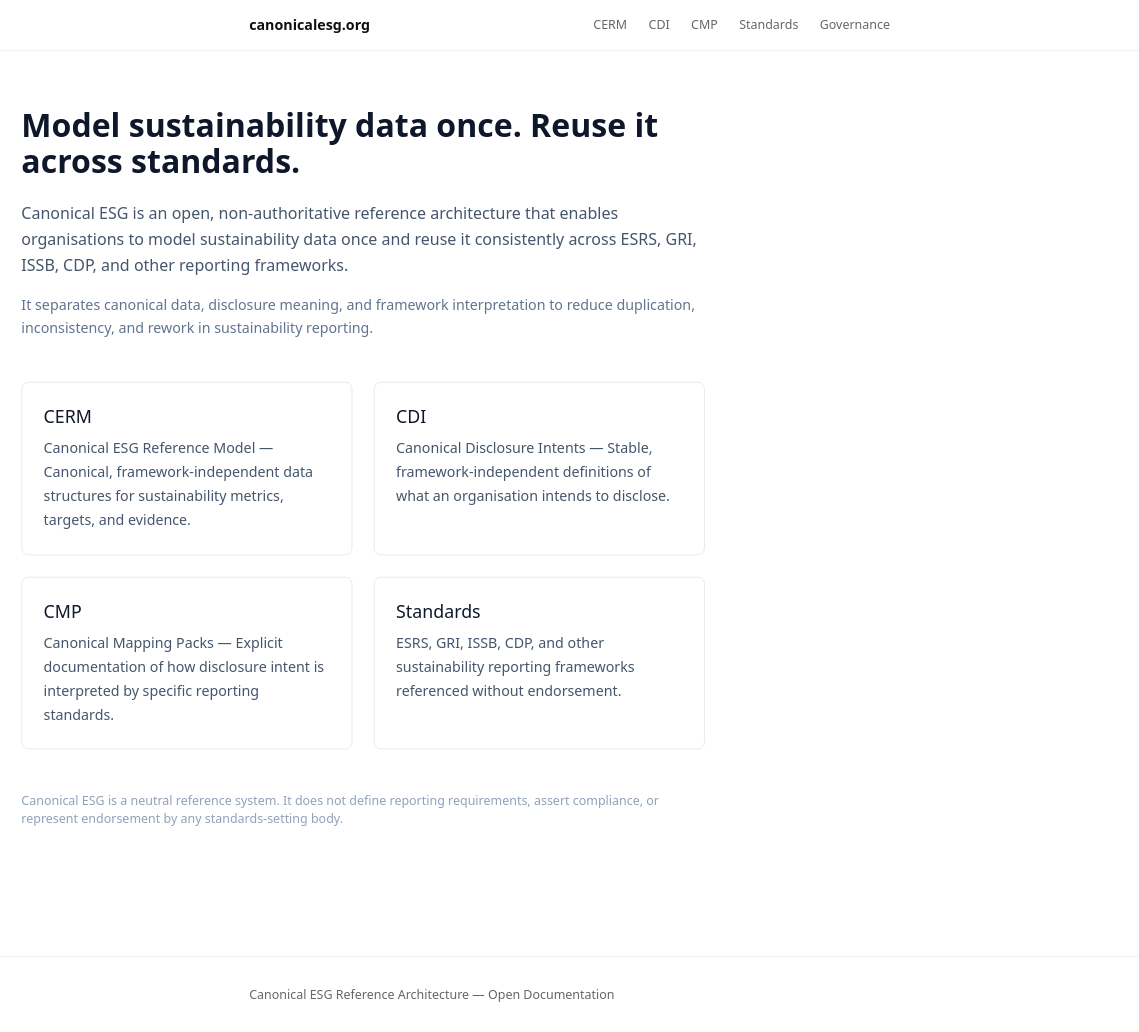
Repository: udaysxd/canonicalesg
Page: /
The author's editor kept a copy of each file at every save. The page is drawn from the files as they stood at one save, then again after the next save.
The browser window is 1280 px wide. The pictures show the whole page, at 89% of full size.
The project was rebuilt for these pictures with package versions that can differ from the ones it lists, and the page was loaded fresh each time. The framework's server and built-in components were replaced by stand-ins that run in the browser. Also part of the build but not shown: next.config.ts.

Above is the page before, as saved 2026-02-02 13:26:20.

After the next save:
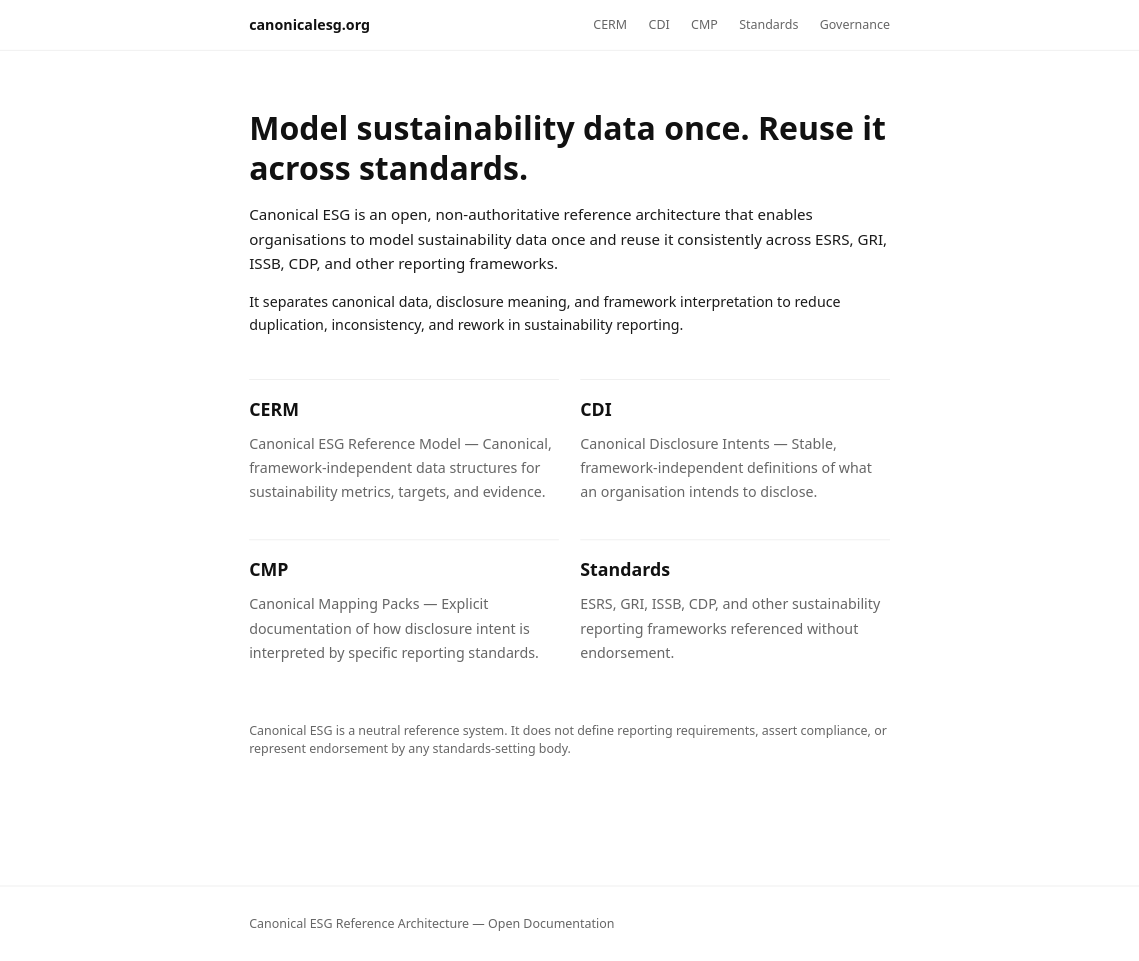
Saved 3 min 41 s later.
--- a/src/app/page.tsx
+++ b/src/app/page.tsx
@@ -1,37 +1,37 @@
 export default function Home() {
   return (
-    <main className="max-w-7xl mx-auto px-6 py-16">
-      <div className="max-w-3xl">
-        <h1 className="text-4xl font-semibold text-slate-900 mb-6">
+    <main className="max-w-3xl mx-auto px-6 py-16">
+      <div>
+        <h1 className="text-[2.25rem] font-semibold text-[#111] mb-4 leading-tight">
           Model sustainability data once. Reuse it across standards.
         </h1>
-        <p className="text-lg text-slate-600 mb-4 leading-relaxed">
+        <p className="text-[1.0625rem] text-[#1a1a1a] mb-4 leading-relaxed">
           Canonical ESG is an open, non-authoritative reference architecture that enables organisations to model sustainability data once and reuse it consistently across ESRS, GRI, ISSB, CDP, and other reporting frameworks.
         </p>
-        <p className="text-base text-slate-500 mb-8 leading-relaxed">
+        <p className="text-[#1a1a1a] mb-10 leading-relaxed">
           It separates canonical data, disclosure meaning, and framework interpretation to reduce duplication, inconsistency, and rework in sustainability reporting.
         </p>
 
         <div className="grid grid-cols-1 md:grid-cols-2 gap-6 mt-12">
-          <a href="/cerm" className="block p-6 border border-slate-200 rounded-lg hover:border-slate-300 transition-colors">
-            <h2 className="text-xl font-medium text-slate-900 mb-2">CERM</h2>
-            <p className="text-slate-600">Canonical ESG Reference Model — Canonical, framework-independent data structures for sustainability metrics, targets, and evidence.</p>
+          <a href="/cerm" className="block py-4 border-t border-[#eee]">
+            <h2 className="text-[1.25rem] font-semibold text-[#111] mb-2">CERM</h2>
+            <p className="text-[#666]">Canonical ESG Reference Model — Canonical, framework-independent data structures for sustainability metrics, targets, and evidence.</p>
           </a>
-          <a href="/cdi" className="block p-6 border border-slate-200 rounded-lg hover:border-slate-300 transition-colors">
-            <h2 className="text-xl font-medium text-slate-900 mb-2">CDI</h2>
-            <p className="text-slate-600">Canonical Disclosure Intents — Stable, framework-independent definitions of what an organisation intends to disclose.</p>
+          <a href="/cdi" className="block py-4 border-t border-[#eee]">
+            <h2 className="text-[1.25rem] font-semibold text-[#111] mb-2">CDI</h2>
+            <p className="text-[#666]">Canonical Disclosure Intents — Stable, framework-independent definitions of what an organisation intends to disclose.</p>
           </a>
-          <a href="/cmp" className="block p-6 border border-slate-200 rounded-lg hover:border-slate-300 transition-colors">
-            <h2 className="text-xl font-medium text-slate-900 mb-2">CMP</h2>
-            <p className="text-slate-600">Canonical Mapping Packs — Explicit documentation of how disclosure intent is interpreted by specific reporting standards.</p>
+          <a href="/cmp" className="block py-4 border-t border-[#eee]">
+            <h2 className="text-[1.25rem] font-semibold text-[#111] mb-2">CMP</h2>
+            <p className="text-[#666]">Canonical Mapping Packs — Explicit documentation of how disclosure intent is interpreted by specific reporting standards.</p>
           </a>
-          <a href="/standards" className="block p-6 border border-slate-200 rounded-lg hover:border-slate-300 transition-colors">
-            <h2 className="text-xl font-medium text-slate-900 mb-2">Standards</h2>
-            <p className="text-slate-600">ESRS, GRI, ISSB, CDP, and other sustainability reporting frameworks referenced without endorsement.</p>
+          <a href="/standards" className="block py-4 border-t border-[#eee]">
+            <h2 className="text-[1.25rem] font-semibold text-[#111] mb-2">Standards</h2>
+            <p className="text-[#666]">ESRS, GRI, ISSB, CDP, and other sustainability reporting frameworks referenced without endorsement.</p>
           </a>
         </div>
 
-        <p className="text-sm text-slate-400 mt-12">
+        <p className="text-sm text-[#666] mt-12">
           Canonical ESG is a neutral reference system. It does not define reporting requirements, assert compliance, or represent endorsement by any standards-setting body.
         </p>
       </div>
